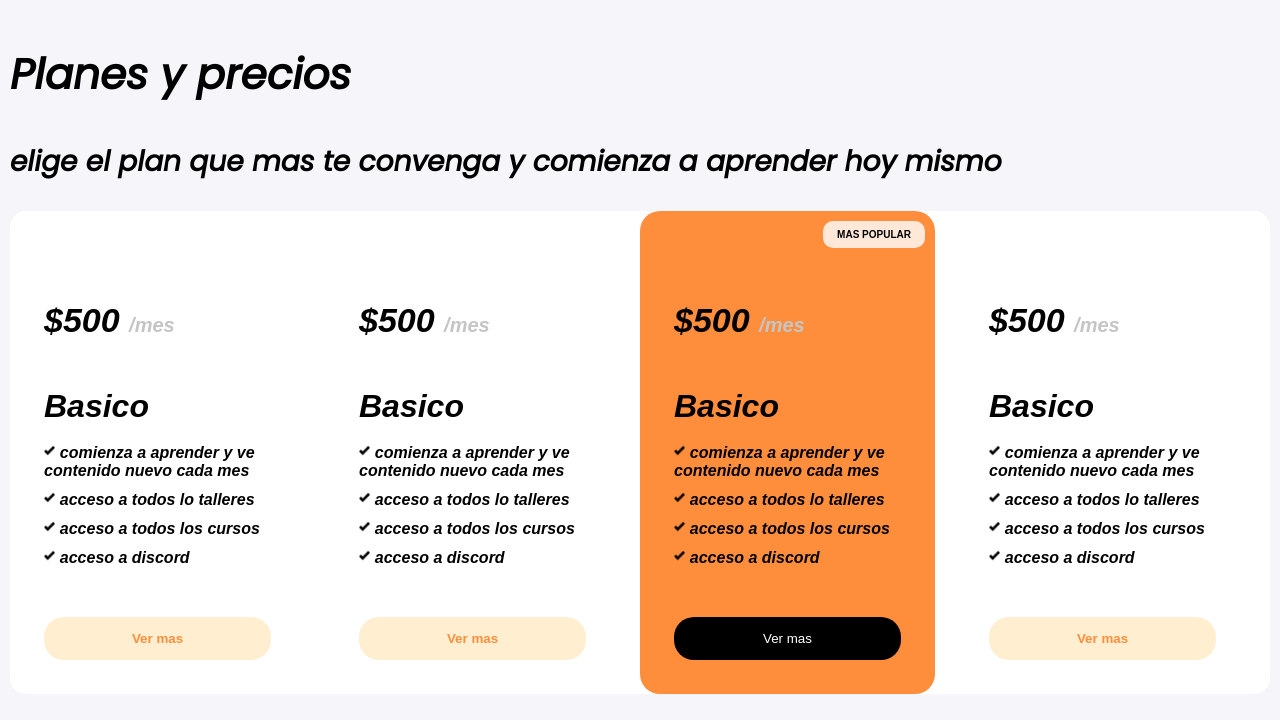
Repository: darkmantiz2/Tarjetas-planes
Page: index.html
The author's editor kept a copy of each file at every save. The page is drawn from the files as they stood at one save, then again after the next save.
The browser window is 1280 px wide. The pictures show the whole page.

Above is the page before, as saved 2022-01-11 11:53:14.

After the next save:
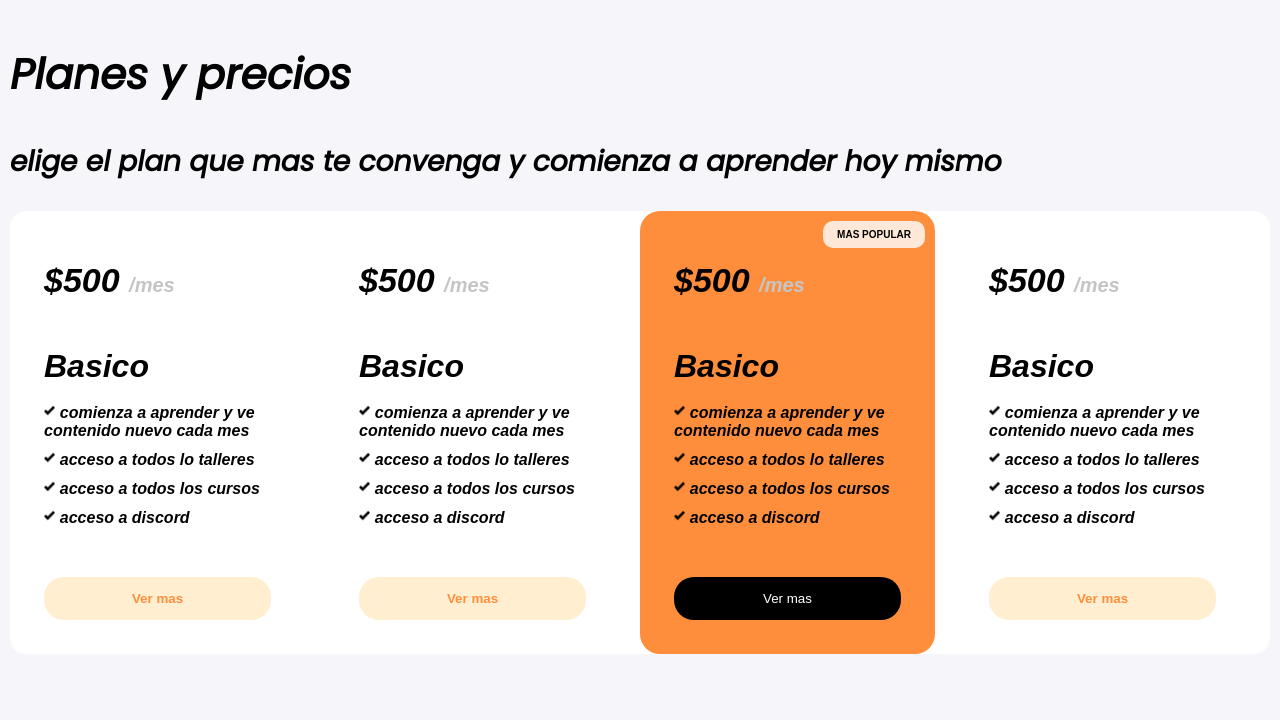
Saved 4 min 28 s later.
--- a/css/index.css
+++ b/css/index.css
@@ -82,7 +82,7 @@ body {
 .card-price {
   margin: 0;
   padding-bottom: 20px;
-  padding-top: 90px;
+  padding-top: 50px;
   font-size: 34px;
 }
 
